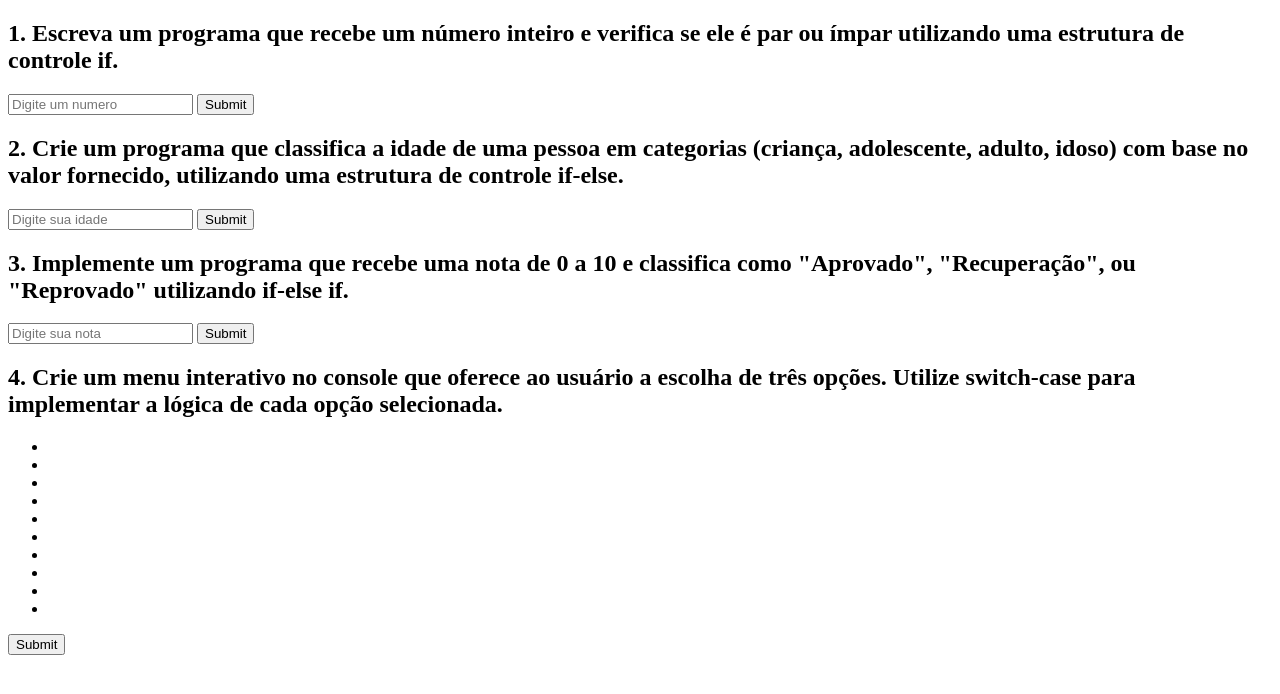
Repository: chidekina/prati-logica
Page: index.html
An editor plug-in stored every save of this project. The page is shown before and after a run of saves, followed by the edit.
The browser window is 1280 px wide. The pictures show the whole page.

Above is the page before, as saved 2025-04-29 14:26:26.

### index.html
<!DOCTYPE html>
<html lang="en">
<head>
    <main>
        <meta charset="UTF-8">
        <meta name="viewport" content="width=device-width, initial-scale=1.0">
        <title>+prati - Lista de Exercicios 1</title>
    </head>
<body>
    <div>
        <h2>
            1. Escreva um programa que recebe um número inteiro e verifica se ele é par ou ímpar
utilizando uma estrutura de controle if.
    </h2>
    <div>
        <input id="task1" type="text" placeholder="Digite um numero" />
        <input type="submit" onclick="parOuImpar()">
    </div>
    <h3 id="answer1"></h3>
</div>
    <div>
        <h2>
            2. Crie um programa que classifica a idade de uma pessoa em categorias (criança,
adolescente, adulto, idoso) com base no valor fornecido, utilizando uma estrutura de
controle if-else.
    </h2>
    <div>
        <input id="task2" type="text" placeholder="Digite sua idade" />
        <input type="submit" onclick="classificacaoEtaria()">
    </div>
    <h3 id="answer2"></h3>
</div>
    <div>
        <h2>
            3. Implemente um programa que recebe uma nota de 0 a 10 e classifica como
"Aprovado", "Recuperação", ou "Reprovado" utilizando if-else if.
    </h2>
    <div>
        <input id="task3" type="text" placeholder="Digite sua nota" />
        <input type="submit" onclick="aprovacao()">
    </div>
    <h3 id="answer3"></h3>
</div>
    <div>
        <h2>
            4. Crie um menu interativo no console que oferece ao usuário a escolha de três opções.
Utilize switch-case para implementar a lógica de cada opção selecionada.
    </h2>
    <div>
        <ul>
            <li id="option1"></li>
            <li id="option2"></li>
            <li id="option3"></li>
            <li id="option4"></li>
            <li id="option5"></li>
            <li id="option6"></li>
            <li id="option7"></li>
            <li id="option8"></li>
            <li id="option9"></li>
            <li id="option10"></li>
        </ul>
        <input type="submit" onclick="aprovacao()">
    </div>
    <h3 id="answer3"></h3>
</div>
</main>
<script src="app.js"></script>
</body>
</html>

### app.js
function parOuImpar() {
  const task1 = document.getElementById("task1");
  const numero = parseInt(task1.value);
  let answer1 = document.getElementById("answer1");

  if (isNaN(numero)) {
    alert("Digite um número válido.");
  } else {
    answer1.innerHTML = `O número ${numero} é ${numero % 2 === 0 ? 'par' : 'ímpar'}`;
  }
  task1.value = '';
}

function classificacaoEtaria() {
  const task2 = document.getElementById("task2");
  const idade = parseInt(task2.value);
  let classificacao;
  let answer2 = document.getElementById("answer2");

  if (isNaN(idade) || idade > 100 || idade < 0) {
    alert("Digite uma idade válida.");
  } else {
    if (idade >= 60) {
      classificacao = "idoso";
    } else if (idade >= 20) {
      classificacao = "adulto";
    } else if (idade >= 12) {
      classificacao = "adolescente";
    } else {
      classificacao = "criança";
    }
    answer2.innerHTML = `A idade de ${idade} anos é classificada como ${classificacao}.`;
  }
  task2.value = '';
}

function aprovacao() {
    const task3 = document.getElementById('task3');
    const nota = task3.value;

    if( nota < 0 || nota > 10 || isNaN(nota)) {
        alert('Digite uma nota válida.');
    } else {
        answer3.innerHTML = nota >= 7 ? 'Parabéns! Você foi aprovado.' : 'Poxa... Você ficou de recuperação.';
    }

    task3.value = '';
}

After the next 3 saves:
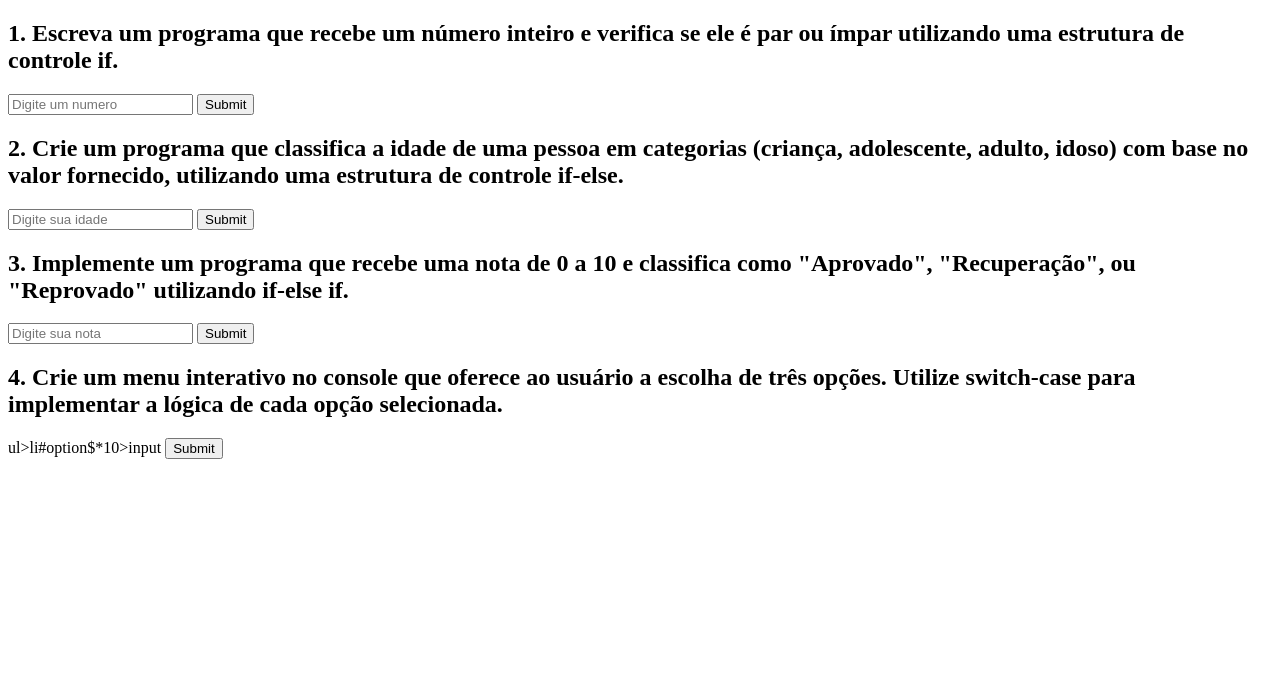
The 3 saves are shown as one change because they came seconds apart.
The last was saved 21 s later.
--- a/index.html
+++ b/index.html
@@ -47,18 +47,7 @@ controle if-else.
 Utilize switch-case para implementar a lógica de cada opção selecionada.
     </h2>
     <div>
-        <ul>
-            <li id="option1"></li>
-            <li id="option2"></li>
-            <li id="option3"></li>
-            <li id="option4"></li>
-            <li id="option5"></li>
-            <li id="option6"></li>
-            <li id="option7"></li>
-            <li id="option8"></li>
-            <li id="option9"></li>
-            <li id="option10"></li>
-        </ul>
+        ul>li#option$*10>input
         <input type="submit" onclick="aprovacao()">
     </div>
     <h3 id="answer3"></h3>
